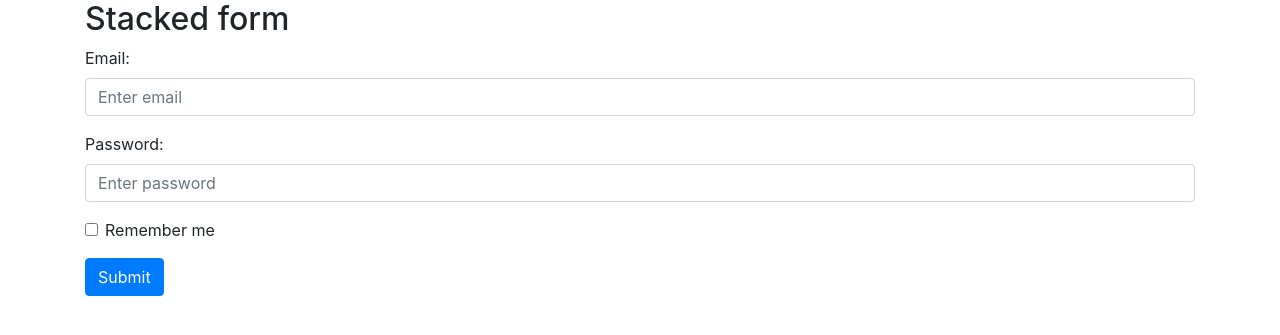
Repository: luizlav001/AT_Java_Web
Page: App2021/WebContent/login.html
The author's editor kept a copy of each file at every save. The page is drawn from the files as they stood at one save, then again after the next save.
The browser window is 1280 px wide. The pictures show the whole page.

Above is the page before, as saved 2021-11-21 20:05:50.

### App2021/WebContent/login.html
<!DOCTYPE html>
<html>
<head>
<meta charset="ISO-8859-1">
<title>Insert title here</title>
<link rel="stylesheet" href="https://maxcdn.bootstrapcdn.com/bootstrap/4.5.2/css/bootstrap.min.css">
</head>
<body>
<div class="container">
  <h2>Stacked form</h2>
  <form action="/action_page.php">
    <div class="form-group">
      <label for="email">Email:</label>
      <input type="email" class="form-control" id="email" placeholder="Enter email" name="email">
    </div>
    <div class="form-group">
      <label for="pwd">Password:</label>
      <input type="password" class="form-control" id="pwd" placeholder="Enter password" name="pswd">
    </div>
    <div class="form-group form-check">
      <label class="form-check-label">
        <input class="form-check-input" type="checkbox" name="remember"> Remember me
      </label>
    </div>
    <button type="submit" class="btn btn-primary">Submit</button>
  </form>
</div>

</body>
</html>

After the next save:
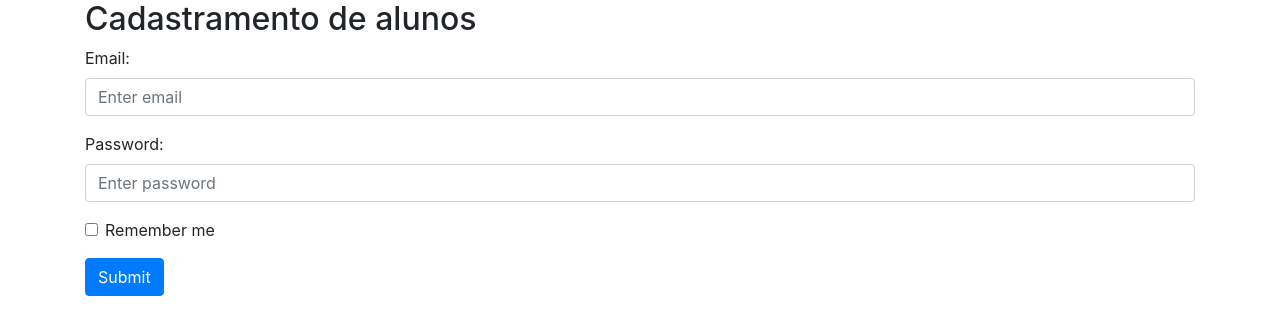
Saved 57 s later.
--- a/App2021/WebContent/login.html
+++ b/App2021/WebContent/login.html
@@ -7,7 +7,7 @@
 </head>
 <body>
 <div class="container">
-  <h2>Stacked form</h2>
+  <h2>Cadastramento de alunos</h2>
   <form action="/action_page.php">
     <div class="form-group">
       <label for="email">Email:</label>
